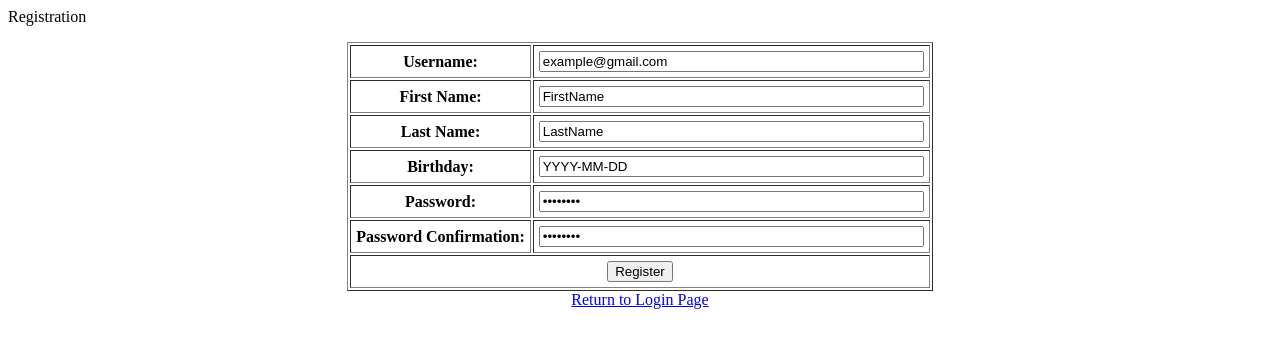
Repository: jrule5960/Tree-Cutting-Database
Page: http://localhost/database/register.jsp
These files come from the project's save history. The page is drawn as it stood at one moment and after the next save; the edit follows.
The browser window is 1280 px wide. The pictures show the whole page.
The page is served by Tomcat 9. Other server files are loaded and not shown.

Above is the page before, as saved 2023-10-12 21:31:49.

### database/WebContent/register.jsp
<%@ page language="java" contentType="text/html; charset=ISO-8859-1"
    pageEncoding="ISO-8859-1"%>
<!DOCTYPE html>
<html>
<head><title>Registration</title></head>
<body>
<head>Registration</head>

	<div align="center">
		<p> ${errorOne } </p>
		<p> ${errorTwo } </p>
		<form action="register">
			<table border="1" cellpadding="5">
				<tr>
					<th>Username: </th>
					<td align="center" colspan="3">
						<input type="text" name="email" size="45"  value="example@gmail.com" onfocus="this.value=''">
					</td>
				</tr>
				<tr>
					<th>First Name: </th>
					<td align="center" colspan="3">
						<input type="text" name="firstName" size="45" value="FirstName" onfocus="this.value=''">
					</td>
				</tr>
				<tr>
					<th>Last Name: </th>
					<td align="center" colspan="3">
						<input type="text" name="lastName" size="45" value="LastName" onfocus="this.value=''">
					</td>
				</tr>
				<tr>
					<th>Birthday: </th>
					<td align="center" colspan="3">
						<input type="text" name="birthday" size="45" value="YYYY-MM-DD" onfocus="this.value=''">
					</td>

				</tr>
				<tr>
					<th>Password: </th>
					<td align="center" colspan="3">
						<input type="password" name="password" size="45" value="password" onfocus="this.value=''">
					</td>
				</tr>
				<tr>
					<th>Password Confirmation: </th>
					<td align="center" colspan="3">
						<input type="password" name="confirmation" size="45" value="password" onfocus="this.value=''">
					</td>

				</tr>
				<tr>
					<td align="center" colspan="5">
						<input type="submit" value="Register"/>
					</td>
				</tr>
			</table>
			<a href="login.jsp" target="_self">Return to Login Page</a>
		</form>
	</div>
</body>

After the next save:
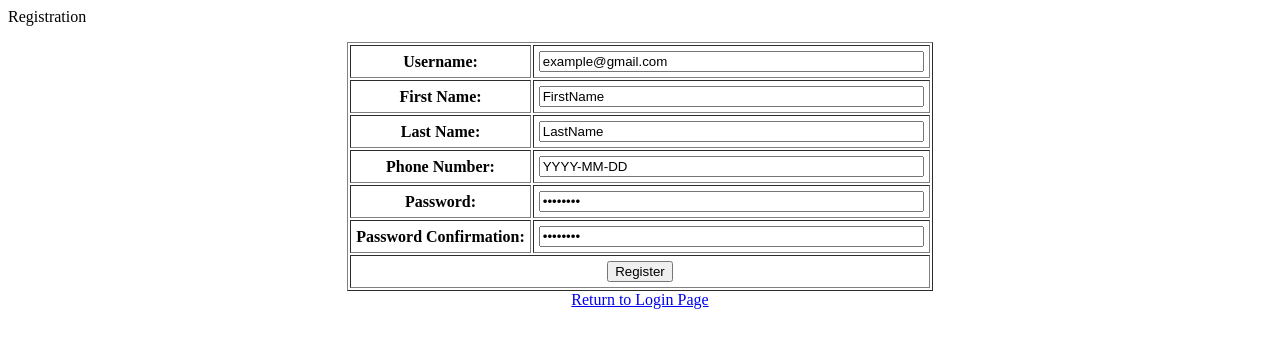
Saved 27 s later.
--- a/database/WebContent/register.jsp
+++ b/database/WebContent/register.jsp
@@ -30,7 +30,7 @@
 					</td>
 				</tr>
 				<tr>
-					<th>Birthday: </th>
+					<th>Phone Number: </th>
 					<td align="center" colspan="3">
 						<input type="text" name="birthday" size="45" value="YYYY-MM-DD" onfocus="this.value=''">
 					</td>
